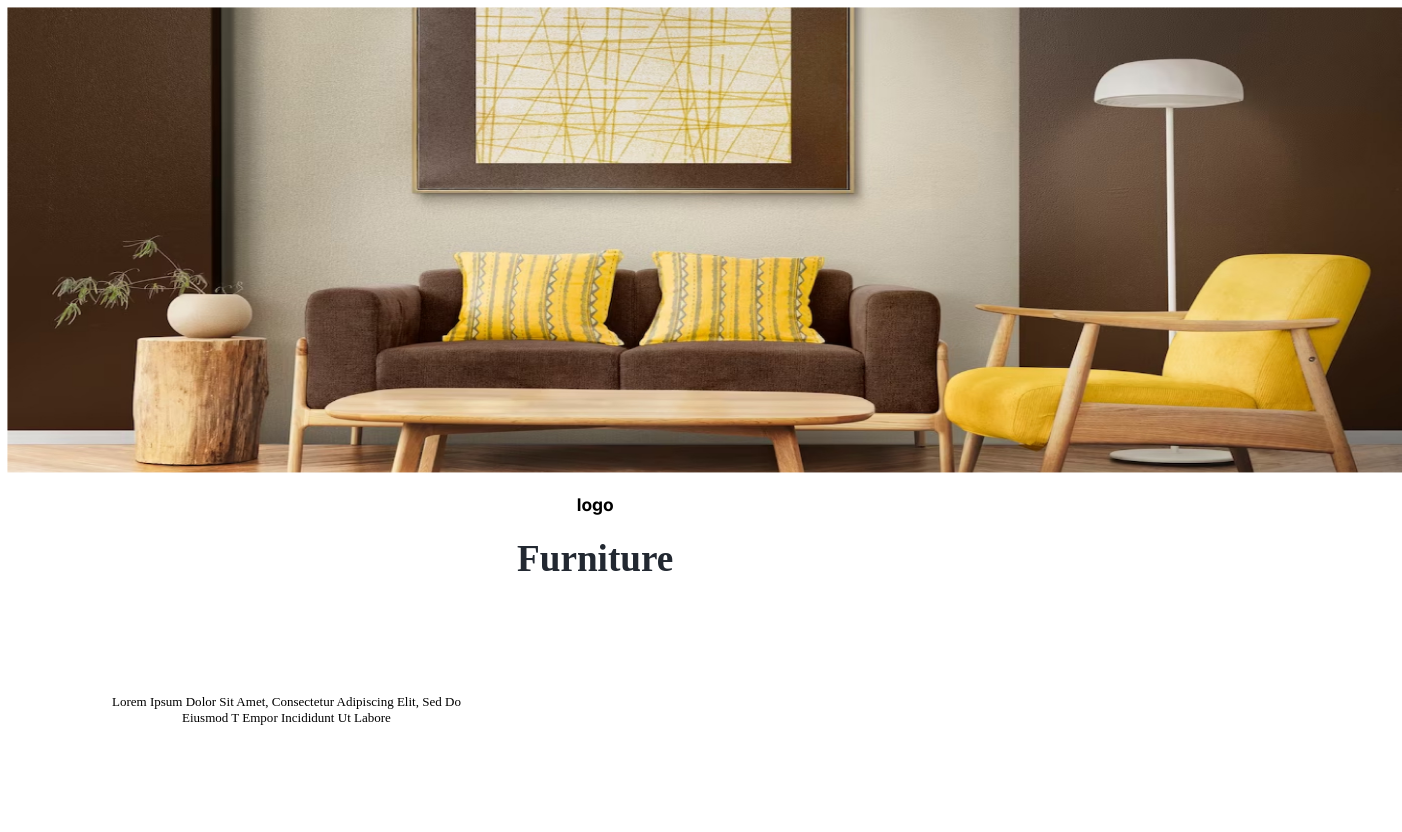
Repository: nikita120402/next13-deploy
Page: /
An editor plug-in stored every save of this project. The page is shown before and after the next save, followed by the edit.
The browser window is 1280 px wide. The page is 1508 px wide, so the pictures cover 1508 px, including what lies to the right of the window. The pictures show the whole page, at 93% of full size.
The project was rebuilt for these pictures with package versions that can differ from the ones it lists, and the page was loaded fresh each time. The framework's server and built-in components were replaced by stand-ins that run in the browser. Also part of the build but not shown: next.config.js.

Above is the page before, as saved 2023-08-02 10:44:05.

After the next save:
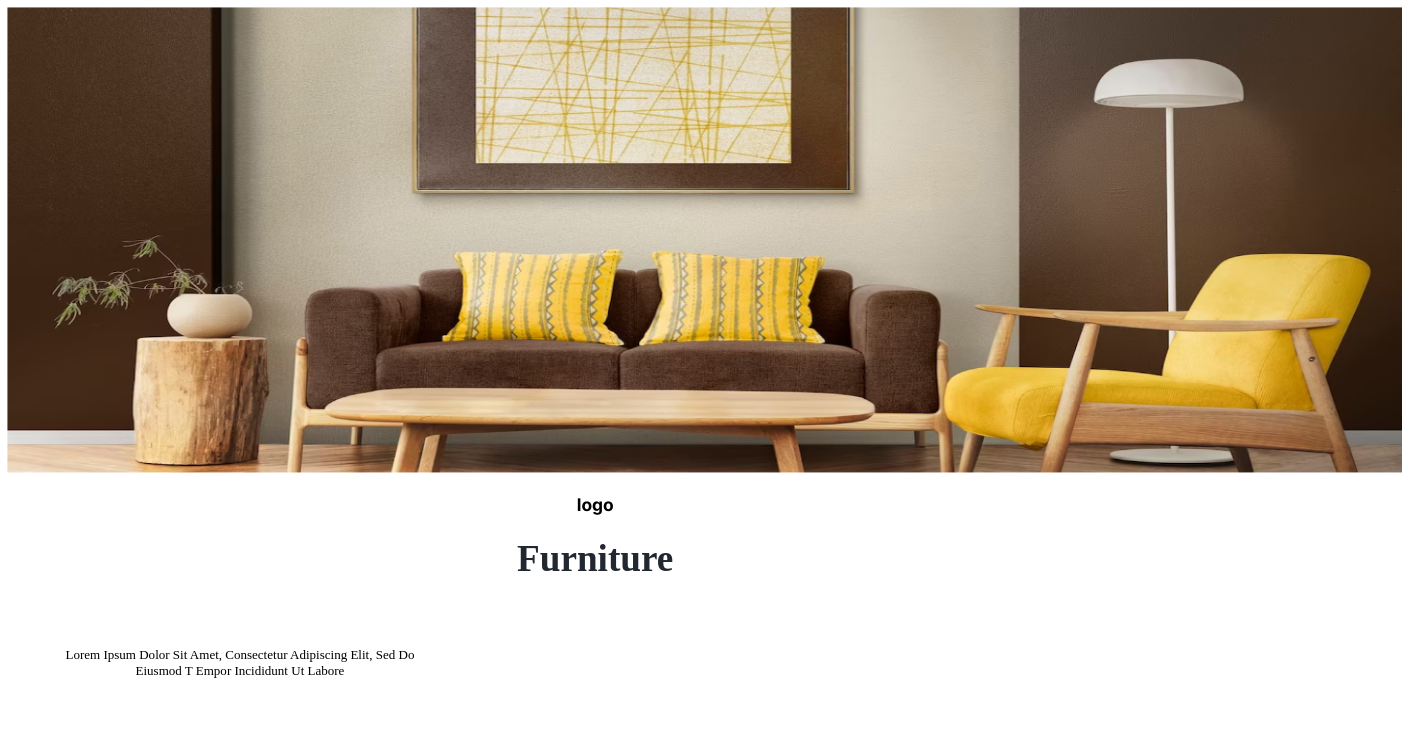
Saved 41 s later.
--- a/src/app/globals.css
+++ b/src/app/globals.css
@@ -17,7 +17,7 @@ font-style: normal;
 font-weight: 400;
 line-height: 120%; /* 24px */
 width: 400px;
-padding: 100px;
+padding: 50px;
 text-transform: capitalize;
 }
 h3{
